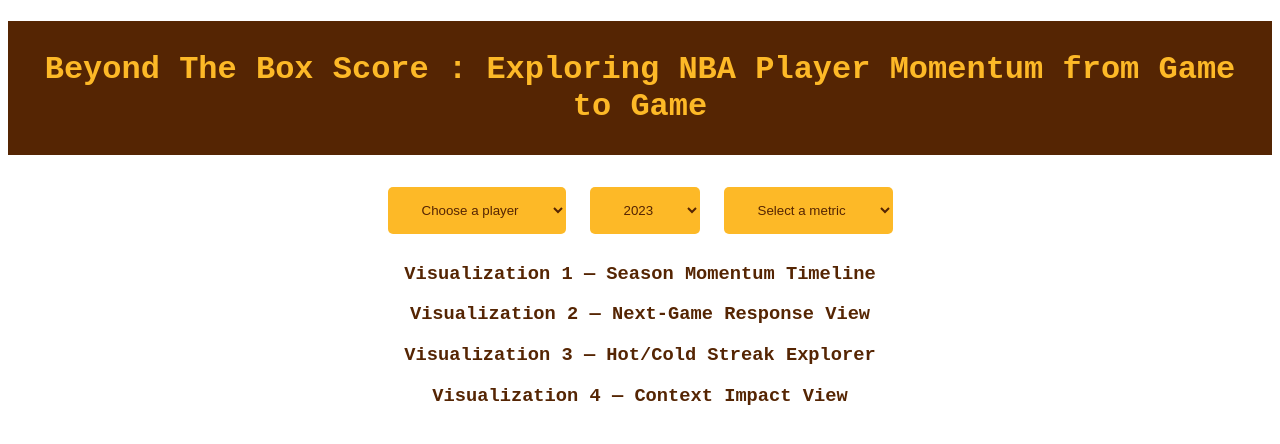
Repository: houdafatih/Data-Viz-Project
Page: index.html
These files come from the project's save history. The page is drawn as it stood at one moment and after the next save; the edit follows.
The browser window is 1280 px wide. The pictures show the whole page.

Above is the page before, as saved 2026-06-12 14:11:20.

After the next save:
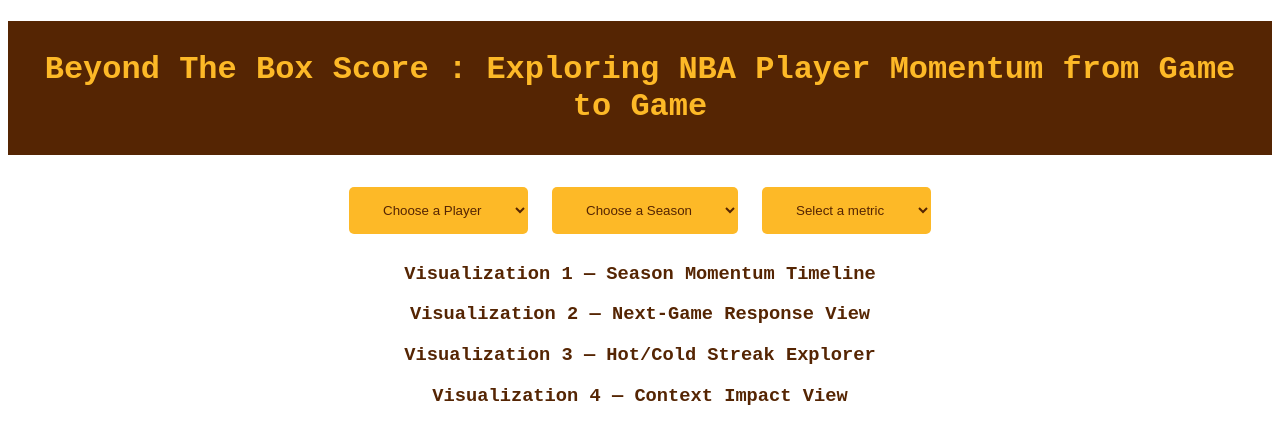
Saved 31 s later.
--- a/index.html
+++ b/index.html
@@ -10,10 +10,11 @@
 
      <div class="selection">
         <select id="selectPlayer">
-            <option selected disabled> Choose a player</option>
+            <option selected disabled> Choose a Player</option>
         </select>
 
         <select id="seasonSelect">
+            <option selected disabled> Choose a Season</option>
         </select>
 
         <select id="metric-select">
